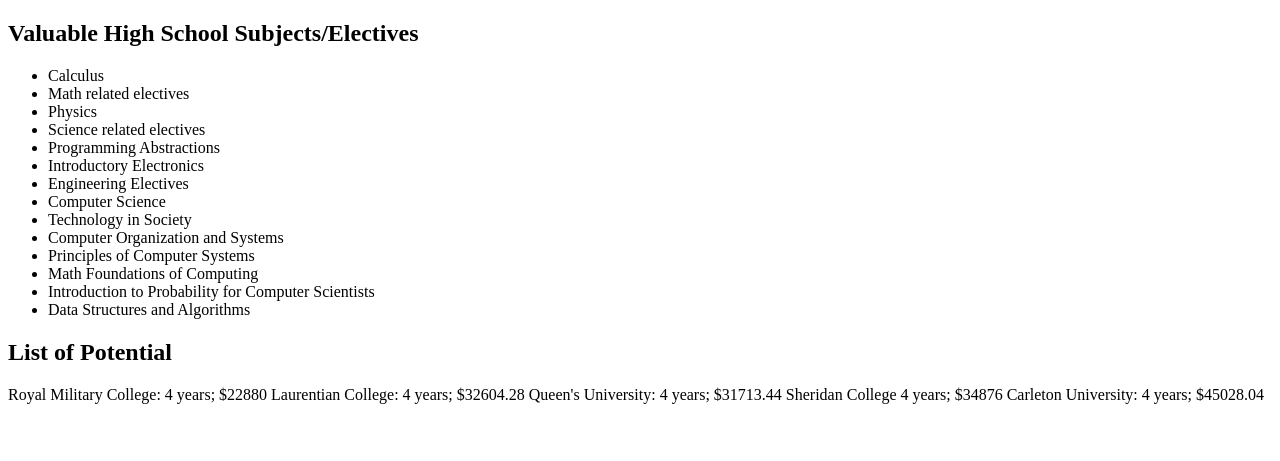
Repository: soerik/1soerik.github.io
Page: index.html
The author's editor kept a record of every edit. The page is drawn from the files as they stood at one moment, then again after the next edit.
The browser window is 1280 px wide. The pictures show the whole page.

Above is the page before.

### index.html
<!DOCTYPE html>
<html>
<head>
    <title>Software Developer</title>
</head>

<body>
<h2>Valuable High School Subjects/Electives</h2>
<ul>
    <li>Calculus</li>
    <li>Math related electives</li>
    <li>Physics</li>
    <li>Science related electives</li>
    <li>Programming Abstractions</li>
    <li>Introductory Electronics</li>
    <li>Engineering Electives</li>
    <li>Computer Science</li>
    <li>Technology in Society</li>
    <li>Computer Organization and Systems</li>
    <li>Principles of Computer Systems</li>
    <li>Math Foundations of Computing</li>
    <li>Introduction to Probability for Computer Scientists</li>
    <li>Data Structures and Algorithms</li>
 </ul>

<h2>List of Potential </h2>
Royal Military College:
4 years; $22880</li>
Laurentian College:
4 years; $32604.28</li>
Queen's University:
4 years; $31713.44</li>
Sheridan College
4 years; $34876</li>
Carleton University:
4 years; $45028.04</li>



</body>
</html>

After the next edit:
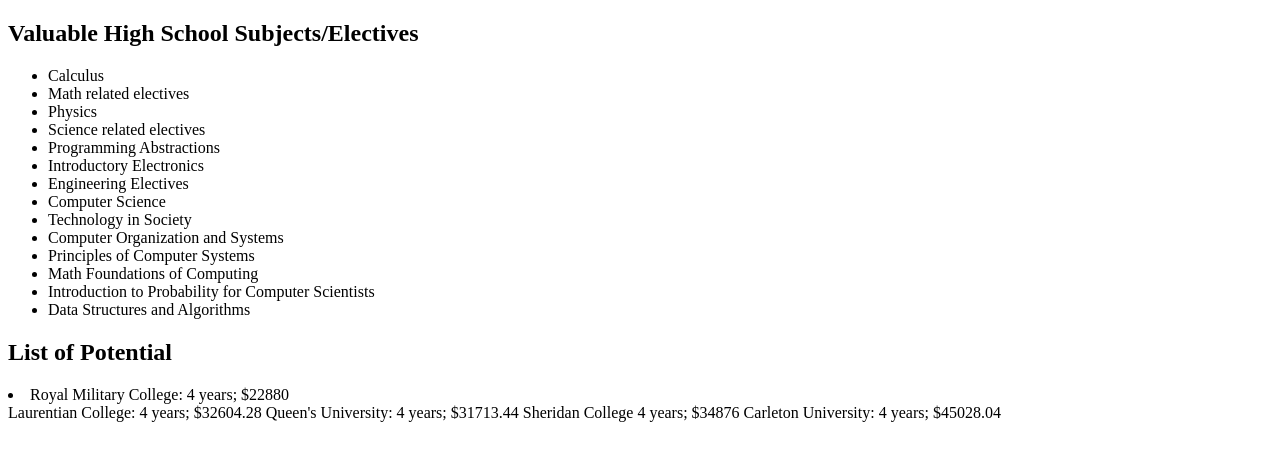
The edit:
--- a/index.html
+++ b/index.html
@@ -24,7 +24,7 @@
  </ul>
 
 <h2>List of Potential </h2>
-Royal Military College:
+<li>Royal Military College:
 4 years; $22880</li>
 Laurentian College:
 4 years; $32604.28</li>
